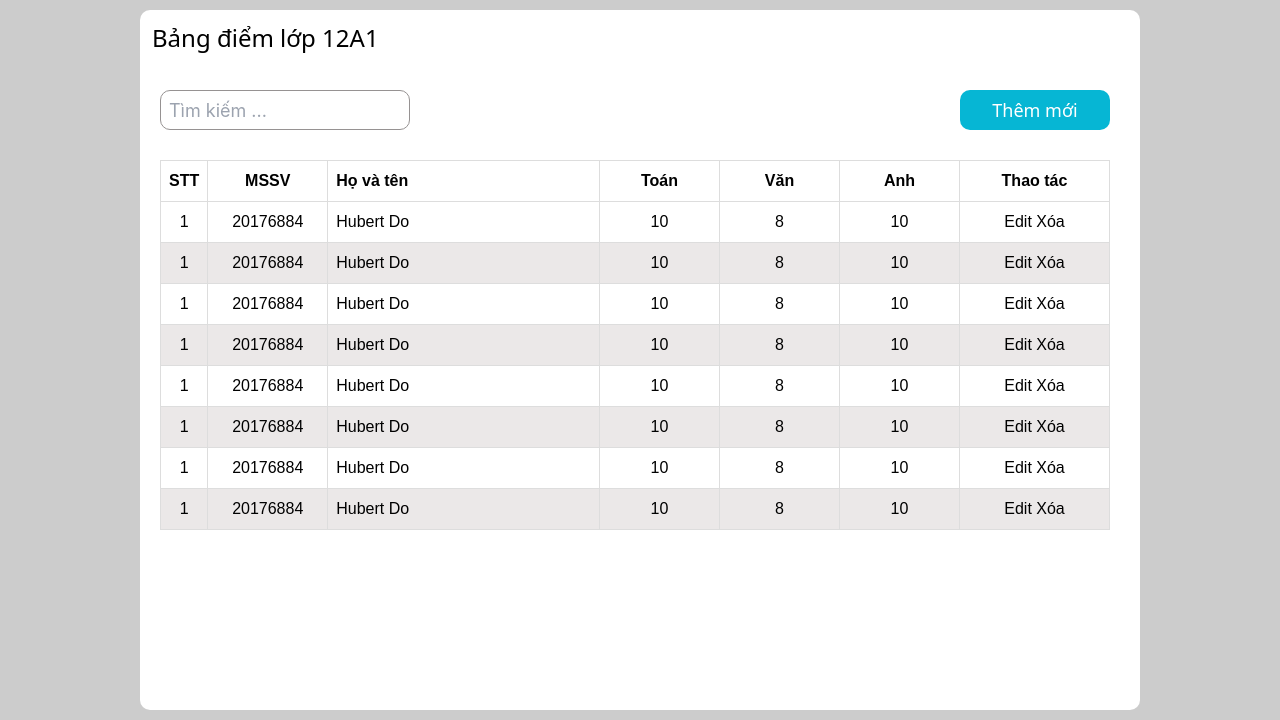
Repository: doducthuan/ReactJS-Movie
Page: /
The author's editor kept a copy of each file at every save. The page is drawn from the files as they stood at one save, then again after the next save.
The browser window is 1280 px wide. The pictures show the whole page.
The project was rebuilt for these pictures with package versions that can differ from the ones it lists, and the page was loaded fresh each time. Also part of the build but not shown: src/App.css.

Above is the page before, as saved 2024-01-13 07:59:42.

### public/index.html
<!DOCTYPE html>
<html lang="en">
  <head>
    <meta charset="utf-8" />
    <link rel="icon" href="%PUBLIC_URL%/avatar_rmbg.png" />
    <meta name="viewport" content="width=device-width, initial-scale=1" />
    <meta name="theme-color" content="#000000" />
    <meta
      name="description"
      content="Web site created using create-react-app"
    />
    <link rel="apple-touch-icon" href="%PUBLIC_URL%/logo192.png" />
    <!--
      manifest.json provides metadata used when your web app is installed on a
      user's mobile device or desktop. See https://developers.google.com/web/fundamentals/web-app-manifest/
    -->
    <link rel="manifest" href="%PUBLIC_URL%/manifest.json" />
    <!--
      Notice the use of %PUBLIC_URL% in the tags above.
      It will be replaced with the URL of the `public` folder during the build.
      Only files inside the `public` folder can be referenced from the HTML.

      Unlike "/favicon.ico" or "favicon.ico", "%PUBLIC_URL%/favicon.ico" will
      work correctly both with client-side routing and a non-root public URL.
      Learn how to configure a non-root public URL by running `npm run build`.
    -->
    <title>Mèo Hen</title>
  </head>
  <body>
    <noscript>You need to enable JavaScript to run this app.</noscript>
    <div id="root"></div>
    <!--
      This HTML file is a template.
      If you open it directly in the browser, you will see an empty page.

      You can add webfonts, meta tags, or analytics to this file.
      The build step will place the bundled scripts into the <body> tag.

      To begin the development, run `npm start` or `yarn start`.
      To create a production bundle, use `npm run build` or `yarn build`.
    -->
  </body>
</html>

### src/App.js
import './App.css';
import Students from './components/students/Students';
function App() {
  return (
    <div className="App">
      <Students></Students>
    </div>
  );
}

export default App;

### src/components/students/Students.js
import React, { useMemo } from 'react';
import './styles.css';
import './style_table.css';
import { useTable } from 'react-table';
import { COLUMNS } from './Columns';
const Students = () => {
    const data = [
        { stt: 1, id: 20176884, name: "Hubert Do", math: 10, literature: 8, english: 10 },
        { stt: 1, id: 20176884, name: "Hubert Do", math: 10, literature: 8, english: 10 },
        { stt: 1, id: 20176884, name: "Hubert Do", math: 10, literature: 8, english: 10 },
        { stt: 1, id: 20176884, name: "Hubert Do", math: 10, literature: 8, english: 10 },
        { stt: 1, id: 20176884, name: "Hubert Do", math: 10, literature: 8, english: 10 },
        { stt: 1, id: 20176884, name: "Hubert Do", math: 10, literature: 8, english: 10 },
        { stt: 1, id: 20176884, name: "Hubert Do", math: 10, literature: 8, english: 10 },
        { stt: 1, id: 20176884, name: "Hubert Do", math: 10, literature: 8, english: 10 },
    ];
    const columns = useMemo(() => COLUMNS, []);
    const { getTableProps, getTableBodyProps, headerGroups, rows, prepareRow } = useTable({ columns, data });
    return (
        <div className="full-view">
            <div className="border-data">
                <p className="font-sans text-2xl ml-3 mt-3">Bảng điểm lớp 12A1</p>
                <div className="table-data">
                    <div className="search-add mt-9 flex">
                        <input className="search-all text-lg" placeholder='Tìm kiếm ...' />
                        <button className="add-student font-sans text-lg bg-cyan-500 hover:bg-cyan-600 text-white">Thêm mới</button>
                    </div>
                    <div className="table-content">
                        <table {...getTableProps()}>
                            <thead>
                                {headerGroups.map((headerGroup) => (
                                    <tr {...headerGroup.getHeaderGroupProps()}>
                                        {headerGroup.headers.map((column) => (
                                            <th {...column.getHeaderProps()}>
                                                {column.render('Header')}
                                            </th>
                                        ))}
                                        <th>Thao tác</th>
                                    </tr>
                                ))}
                            </thead>
                            <tbody {...getTableBodyProps()}>
                                {rows.map((row) => {
                                    prepareRow(row);
                                    return (
                                        <tr {...row.getRowProps()}>
                                            {row.cells.map((cell) => {
                                                return (
                                                    <td {...cell.getCellProps()}>
                                                        {cell.render('Cell')}
                                                    </td>
                                                );

                                            })}
                                            <td>Edit Xóa</td>
                                        </tr>
                                    );
                                })}
                            </tbody>
                        </table>

                    </div>
                </div>

            </div>
        </div>
    );
};

export default Students;

### src/components/students/styles.css
.full-view{
    display: flex;
    justify-content: center;
    align-items: center;
    height: 100vh;
    background-color: #ccc;
}
.border-data{
    width: 1000px;
    height: 700px;
    background-color: #fff;
    border-radius: 10px;
}
.table-data{
    width: 95%;
    height: 600px;
    margin-left: 20px;
}
.search-add{
    gap: 550px;
    margin-bottom: 30px;
}
.search-all{
    width: 250px;
    height: 40px;
    border: 1px solid #969292;
    border-radius: 10px;
    padding: 8px;
}
.add-student{
    width: 150px;
    height: 40px;
    border-radius: 10px;
}

### src/components/students/style_table.css
table{
    font-family: sans-serif;
    border-collapse: collapse;
    width: 100%;
}
td,th {
    border: 1px solid #dddddd;
    text-align: left;
    padding: 8px;
}
tr:nth-child(even) {
    background-color: #ebe8e8;
}
thead tr th:nth-child(1),
thead tr th:nth-child(2),
thead tr th:nth-child(4),
thead tr th:nth-child(5),
thead tr th:nth-child(6),
thead tr th:nth-child(7),
tbody tr td:nth-child(1),
tbody tr td:nth-child(2),
tbody tr td:nth-child(4),
tbody tr td:nth-child(5),
tbody tr td:nth-child(6),
tbody tr td:nth-child(7){
    text-align: center;
}

thead tr th:nth-child(1),
tbody tr td:nth-child(1){
    width: 25px;
}
thead tr th:nth-child(2),
tbody tr td:nth-child(2){
    width: 120px;
}
thead tr th:nth-child(3),
tbody tr td:nth-child(3){
    min-width: 150px;
}
thead tr th:nth-child(4),
tbody tr td:nth-child(4),
thead tr th:nth-child(5),
tbody tr td:nth-child(5),
thead tr th:nth-child(6),
tbody tr td:nth-child(6){
    width: 120px;
}

### src/components/students/Columns.js
export const COLUMNS = [
    { Header: "STT", accessor: "stt" },
    { Header: "MSSV", accessor: "id" },
    { Header: "Họ và tên", accessor: "name" },
    { Header: "Toán", accessor: "math" },
    { Header: "Văn", accessor: "literature" },
    { Header: "Anh", accessor: "english" },
];

Loaded but not shown: src/index.js (common file); src/index.css (common file); src/reportWebVitals.js (common file); tailwind.config.js (common file)

After the next save:
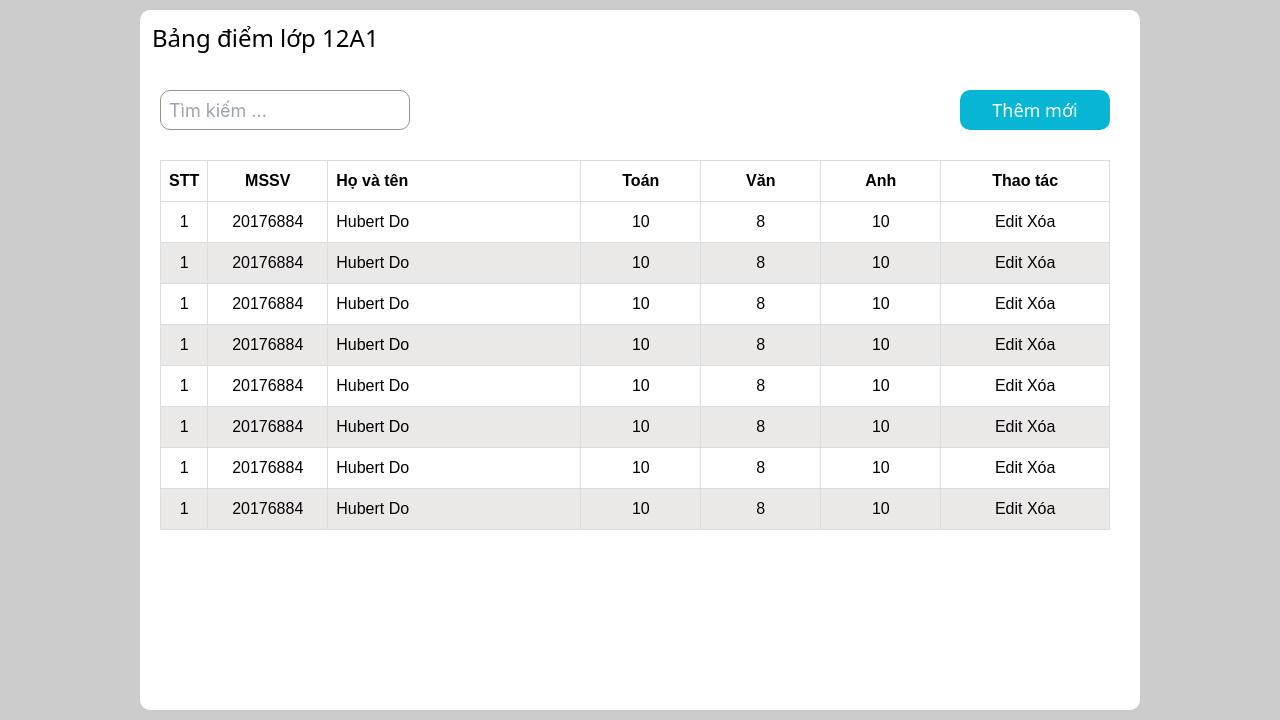
Saved 30 s later.
--- a/src/components/students/style_table.css
+++ b/src/components/students/style_table.css
@@ -46,3 +46,7 @@ thead tr th:nth-child(6),
 tbody tr td:nth-child(6){
     width: 120px;
 }
+thead tr th:nth-child(7),
+tbody tr td:nth-child(7){
+    min-width: 100px;
+}

After the save that followed:
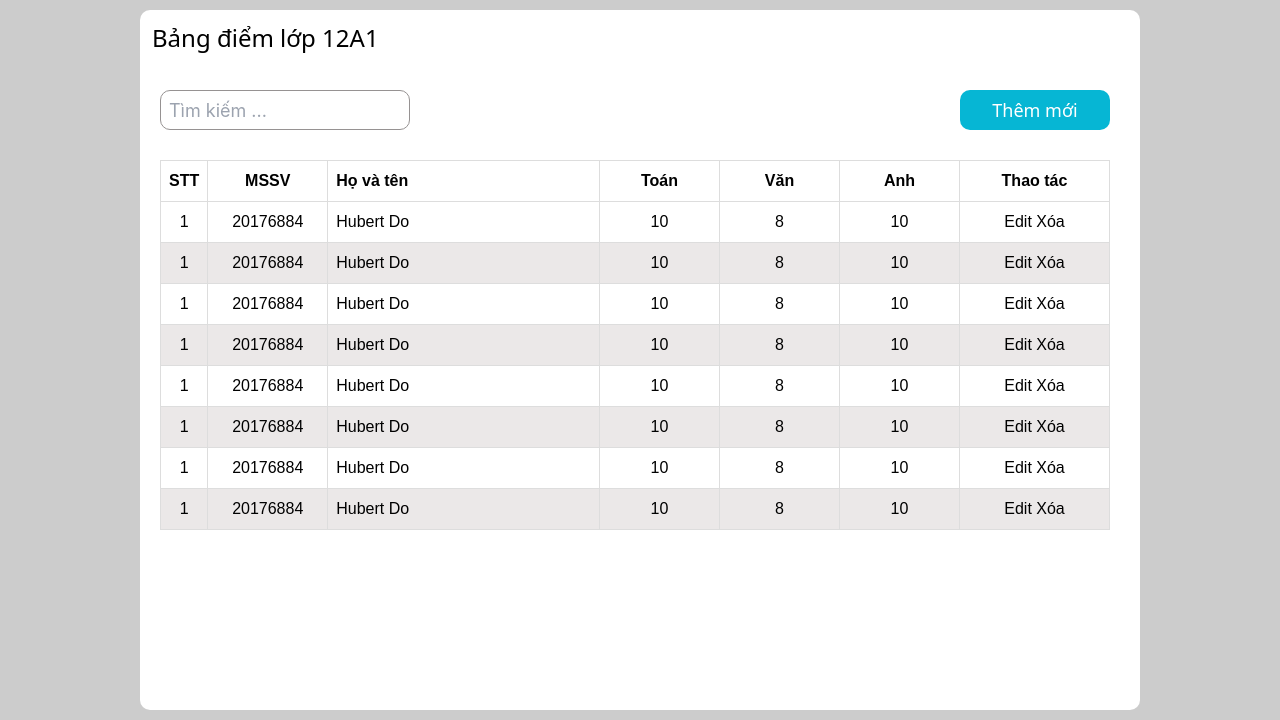
Saved 7 s later.
--- a/src/components/students/style_table.css
+++ b/src/components/students/style_table.css
@@ -48,5 +48,5 @@ tbody tr td:nth-child(6){
 }
 thead tr th:nth-child(7),
 tbody tr td:nth-child(7){
-    min-width: 100px;
+    min-width: 80px;
 }
